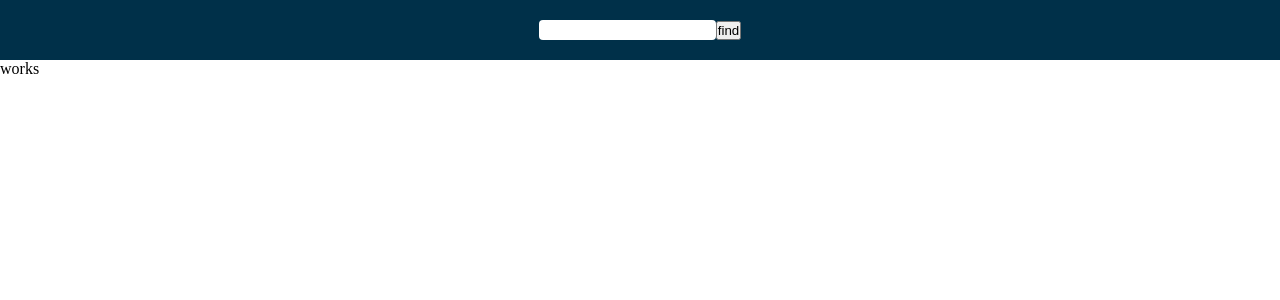
Repository: rutsguifd/uni
Page: / (app in filmhub-react/)
The author's editor kept a copy of each file at every save. The page is drawn from the files as they stood at one save, then again after the next save.
The browser window is 1280 px wide. The pictures show the whole page.
The page's requests for data from a server got no answer. The project was rebuilt for these pictures with package versions that can differ from the ones it lists, and the page was loaded fresh each time. No one was signed in, and anything a server would have sent is missing.

Above is the page before, as saved 2022-04-12 23:28:37.

### filmhub-react/src/index.js
import React from "react";
import ReactDOM from "react-dom";
import { Provider } from "react-redux";
import App from "./App";
import { store } from "./store"

ReactDOM.render(
  <React.StrictMode>
    <Provider store={store}>
      <App />
    </Provider>
  </React.StrictMode>,
  document.getElementById("root")
);

### filmhub-react/src/App.js
import axios from "axios";
import { useEffect } from "react";
import Header from "./components/Header";
import './styles/App.scss'

function App() {
  const fetch = () => {
    axios.get('http://www.omdbapi.com/?apikey=c4183736&s=superman&page=2')
  .then((response)=>console.log(response.data));
  }
    useEffect(()=>{fetch()},[])
  return (
    <div className="App">
    <Header/>
      works
    </div>
  );
}

export default App;

### filmhub-react/src/store/index.js
import { combineReducers, createStore } from "redux";
import { composeWithDevTools } from "redux-devtools-extension";
import { fetchDataReducer } from "./fetchDataReducer";
const rootReducer = combineReducers({
    fetchDataReducer
})

export const store = createStore(rootReducer, composeWithDevTools())

### filmhub-react/src/components/Header.jsx
import axios from "axios";
import React, { useState } from "react";
import { useDispatch, useSelector } from "react-redux";
import "../styles/Header.scss"
import MyInput from "./UI/MyInput/MyInput";

function fetchSearchMovie(searchQuery) {
  return axios.get(`http://www.omdbapi.com/?apikey=c4183736&s=${searchQuery}`)
}

const Header = () => {
  const [searchQuery, setSearchQuery] = useState("");
  const dispatch = useDispatch();
  const fetchData = (e) => {
      e.preventDefault()
      fetchSearchMovie(searchQuery)
      .then((data)=>dispatch({type: "FETCH_SEARCH_MOVIE", payload: data}))
      setSearchQuery("")
  }
  const a = useSelector((state)=>state.fetchDataReducer.movies)
  return (
    <div className="header">
      <form>
        <MyInput
          value={searchQuery}
          onChange={(e) => setSearchQuery(e.target.value)}
        />
        <button onClick={fetchData}>find</button>
      </form>
      <div>{a}</div>
    </div>
  );
};

export default Header;

### filmhub-react/src/store/fetchDataReducer.js
import axios from "axios";

const initialState = {
    movies: []
};

const FETCH_SEARCH_MOVIE = "FETCH_SEARCH_MOVIE";

export const fetchDataReducer = (state = initialState, action) => {
    switch(action.type) {
        case FETCH_SEARCH_MOVIE:
            return {...state, movies: action.payload}
        default:
            return state;
    }
}

### filmhub-react/src/styles/Header.scss
.header{
    display: flex;
    padding: 20px;
    justify-content: center;
    align-items: center;
    background-color: #003049;
}

### filmhub-react/src/components/UI/MyInput/MyInput.jsx
import React from 'react'
import classes from './MyInput.module.scss'

const MyInput = (props) => {
  return (
    <input {...props} className={classes.input}/>
  )
}

export default MyInput

### filmhub-react/src/components/UI/MyInput/MyInput.module.scss
.input{
    height: 1.5em;
    border-radius: 4px;
    border: none;
}

Loaded but not shown: filmhub-react/public/index.html (common file); filmhub-react/src/styles/App.scss (common file)

After the next save:
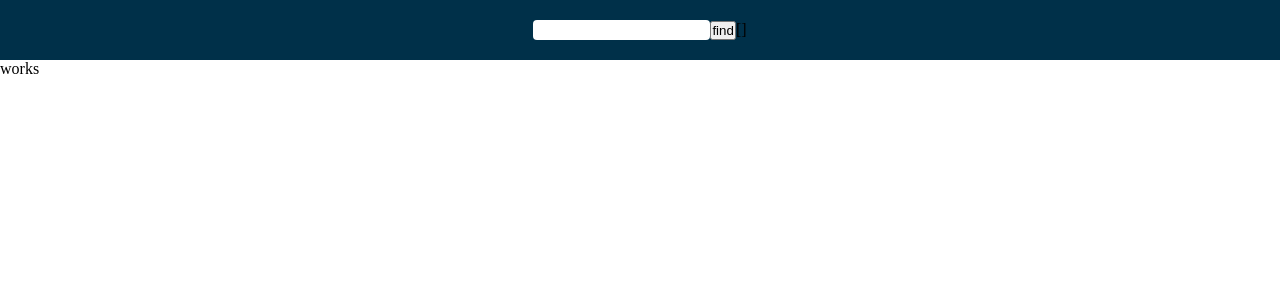
Saved 59 s later.
--- a/filmhub-react/src/components/Header.jsx
+++ b/filmhub-react/src/components/Header.jsx
@@ -27,7 +27,7 @@
         />
         <button onClick={fetchData}>find</button>
       </form>
-      <div>{a}</div>
+      <div>{JSON.stringify(a)}</div>
     </div>
   );
 };

After the 2 saves that followed:
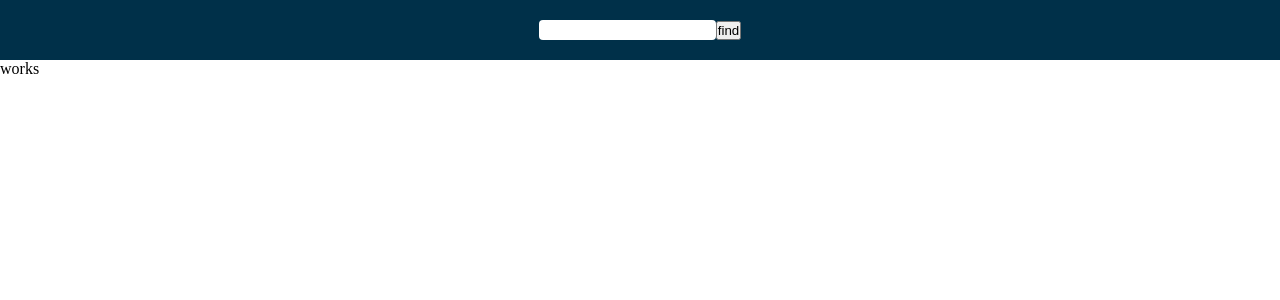
The 2 saves are shown as one change because 1 left the picture as it was.
The last was saved 4 min 4 s later.
--- a/filmhub-react/src/components/Header.jsx
+++ b/filmhub-react/src/components/Header.jsx
@@ -14,7 +14,7 @@
   const fetchData = (e) => {
       e.preventDefault()
       fetchSearchMovie(searchQuery)
-      .then((data)=>dispatch({type: "FETCH_SEARCH_MOVIE", payload: data}))
+      .then((data)=>dispatch({type: "FETCH_SEARCH_MOVIE", payload: data.Search}))
       setSearchQuery("")
   }
   const a = useSelector((state)=>state.fetchDataReducer.movies)
@@ -27,7 +27,7 @@
         />
         <button onClick={fetchData}>find</button>
       </form>
-      <div>{JSON.stringify(a)}</div>
+      <div>{a.map(film=><div>film</div>)}</div>
     </div>
   );
 };
